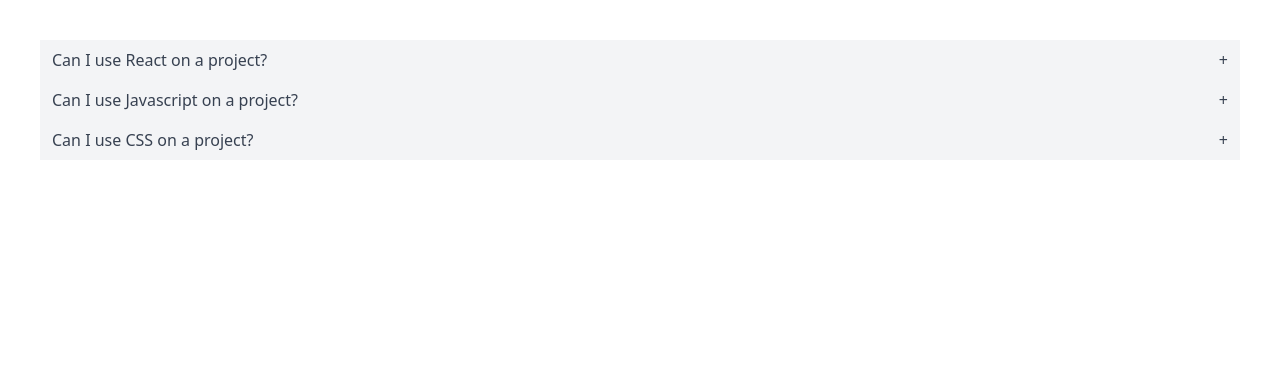
Repository: Marhamat92/reactroutefromstephen
Page: /
An editor plug-in stored every save of this project. The page is shown before and after the next save, followed by the edit.
The browser window is 1280 px wide. The pictures show the whole page.
The project was rebuilt for these pictures with package versions that can differ from the ones it lists, and the page was loaded fresh each time. Also part of the build but not shown: src/App.css.

Above is the page before, as saved 2022-12-21 21:05:24.

### src/App.tsx
import React from "react";
import "./App.css";
import Accordion from "./components/Accordion/Accordion";

function App() {
  const items = [
    {
      id: "l2kj5",
      label: "Can I use React on a project?",
      content:
        "You can use React on any project you want. You can use React on any project you want. You can use React on any project you want. You can use React on any project you want.",
    },
    {
      id: "lk2j35lkj",
      label: "Can I use Javascript on a project?",
      content:
        "You can use React on any project you want. You can use React on any project you want. You can use React on any project you want. You can use React on any project you want.",
    },
    {
      id: "l1kj2i0g",
      label: "Can I use CSS on a project?",
      content:
        "You can use React on any project you want. You can use React on any project you want. You can use React on any project you want. You can use React on any project you want.",
    },
  ];

  return (
    <div>
      <Accordion items={items} />
    </div>
  );
}

export default App;

### src/components/Accordion/Accordion.tsx
import React from "react";

type Props = {
  items: {
    id: string;
    label: string;
    content: string;
  }[];
};

function Accordion({ items }: Props) {
  const [activeIndex, setActiveIndex] = React.useState<string | null>(null);

  const onLabelClick = (index: string) => {
    setActiveIndex(index);
    console.log(index);
  };

  const renderedItems = items.map((item) => {
    return (
      <React.Fragment key={item.id}>
        <div className='flex items-center justify-between px-3 py-2 bg-gray-100 cursor-pointer'>
          <div onClick={onLabelClick} className='text-gray-700 '>
            {item.label}
          </div>
          <div className='text-gray-700'>+</div>
        </div>
        {activeIndex && (
          <div className='px-3 py-2 bg-gray-200'>{item.content}</div>
        )}
      </React.Fragment>
    );
  });

  return <div className='px-10 mt-10'>{renderedItems}</div>;
}

export default Accordion;

Loaded but not shown: public/index.html (common file); src/index.tsx (common file); src/index.css (common file); tailwind.config.js (common file)

After the next save:
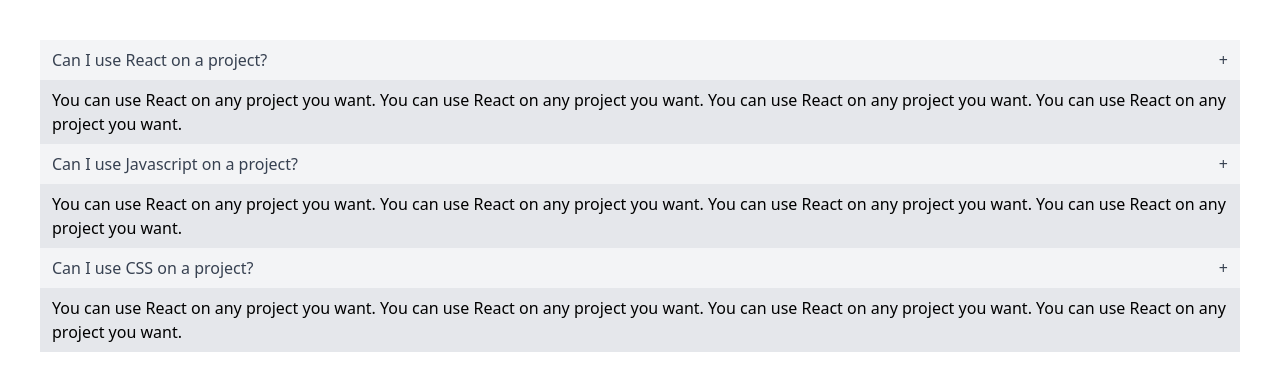
Saved 3 min 39 s later.
--- a/src/components/Accordion/Accordion.tsx
+++ b/src/components/Accordion/Accordion.tsx
@@ -9,9 +9,9 @@
 };
 
 function Accordion({ items }: Props) {
-  const [activeIndex, setActiveIndex] = React.useState<string | null>(null);
+  const [activeIndex, setActiveIndex] = React.useState(-1);
 
-  const onLabelClick = (index: string) => {
+  const onLabelClick = (index: number) => {
     setActiveIndex(index);
     console.log(index);
   };

After the 3 saves that followed:
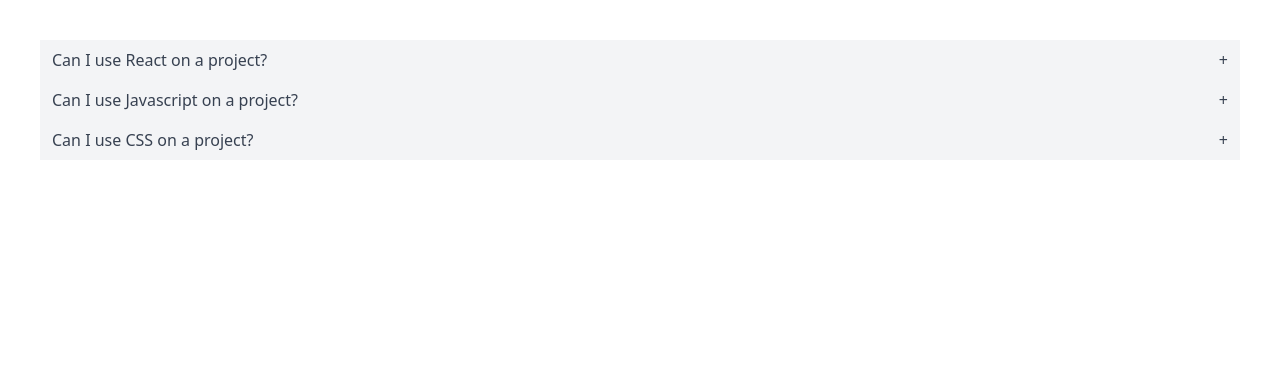
The 3 saves are shown as one change because 1 left the picture as it was and some came seconds apart.
The last was saved 62 s later.
--- a/src/components/Accordion/Accordion.tsx
+++ b/src/components/Accordion/Accordion.tsx
@@ -9,7 +9,7 @@
 };
 
 function Accordion({ items }: Props) {
-  const [activeIndex, setActiveIndex] = React.useState(-1);
+  const [activeIndex, setActiveIndex] = React.useState<number | null>(null);
 
   const onLabelClick = (index: number) => {
     setActiveIndex(index);
